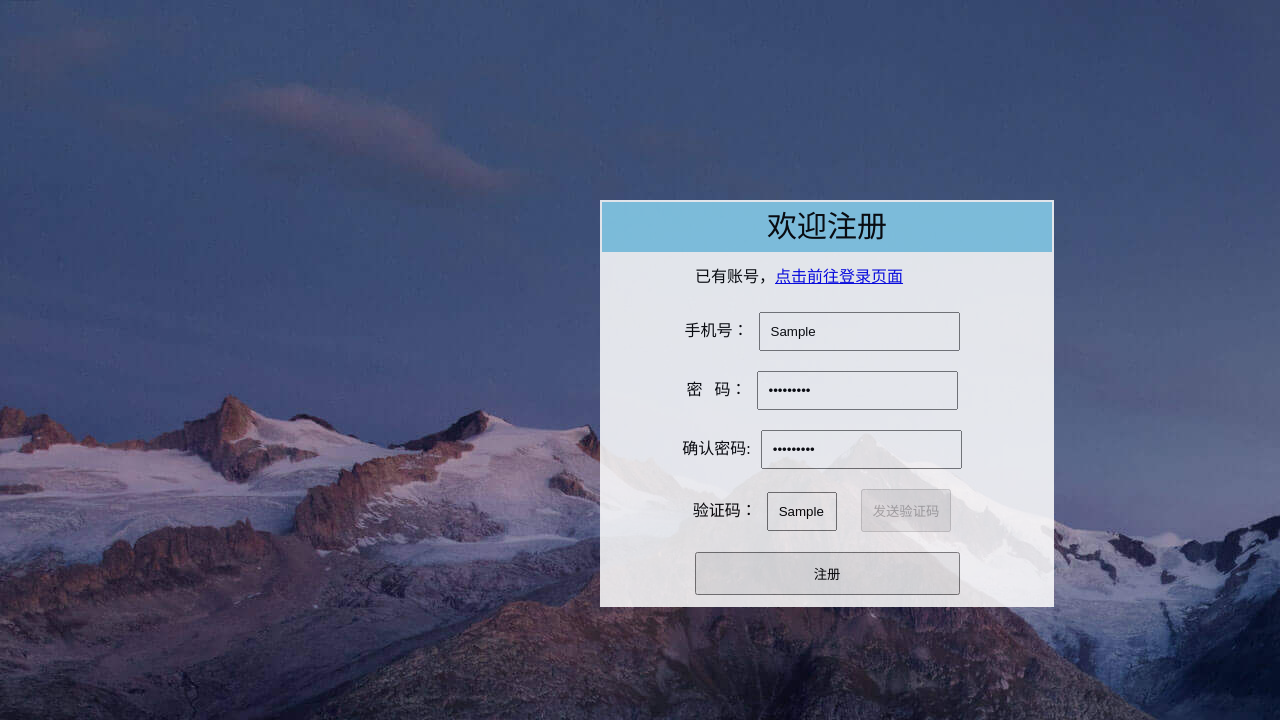
Repository: Gale-student/Gale-student.github.io
Page: http://localhost/weshop/UserRegister.jsp
An editor plug-in stored every save of this project. The page is shown before and after the next save, followed by the edit.
The browser window is 1280 px wide. The pictures show the whole page.
Empty fields were first filled with sample values (such as "Sample", 5 or name@example.com).
After loading, the first visible `#sendinput` was clicked once.
The page is served by Tomcat 9. Other server files are loaded and not shown.

Above is the page before, as saved 2022-10-07 06:05:10.

### WeShop/weshop/WebRoot/UserRegister.jsp
<%@ page language="java" import="java.util.*" pageEncoding="utf-8"%>
<%
String path = request.getContextPath();
String basePath = request.getScheme()+"://"+request.getServerName()+":"+request.getServerPort()+path+"/";
%>

<!DOCTYPE HTML PUBLIC "-//W3C//DTD HTML 4.01 Transitional//EN">
<html>
  <head>
    <base href="<%=basePath%>">

    <title>用户注册</title>

	<meta http-equiv="pragma" content="no-cache">
	<meta http-equiv="cache-control" content="no-cache">
	<meta http-equiv="expires" content="0">
	<meta http-equiv="keywords" content="keyword1,keyword2,keyword3">
	<meta http-equiv="description" content="This is my page">
	<!--
	<link rel="stylesheet" type="text/css" href="styles.css">
	-->
   <style type="text/css">
      body{
         background: url("image/reg_bg.jpg");
      }
      #box{
         background: white;
         position: absolute;
         left:600px;
         top:200px;
         height:403px;
         width: 450px;
         border:2px solid white;
         text-align: center;
         line-height: 50px;
         //border-radius:5%;
         opacity: 0.85;
      }
      input{
         padding : 10px;
         margin: 10px;
      }
      #l1{
         position:absolute;
         font-size: 30px;
         width: 450px;
         background: skyblue;
      }
      #d1{
         position: absolute;
         left:93px;
      }
      #l2{
         color:red;
         position: absolute;
         top: 73px;
         left: 147px;
      }
      #btninput{
         width: 265px;
      }
      #lb1{
         color: red;
         position: absolute;
      }
      #lb2{
         color: red;
         position: absolute;
      }
      #lb3{
         color: red;
         position: absolute;
      }

   </style>
   <script type="text/javascript">
      window.onload = function(){
         var uidIn = document.getElementById("uidinput");
         var upwdIn = document.getElementById("upwdinput");
         var upwd2In = document.getElementById("upwd2input");
         var oLb1 = document.getElementById("lb1");
         var oLb2 = document.getElementById("lb2");
         var oLb3 = document.getElementById("lb3");
         var oLb4 = document.getElementById("lb4");
         var btnIn = document.getElementById("btninput");
         var MyCode = document.getElementById("MyCode");
         uidIn.onblur = function(){
            var uid = uidIn.value;
            var xhr = new XMLHttpRequest() || new ActiveXObject('Microsoft.XMLHTTP');
            xhr.open("post", "UidCheckServlet?uid="+uid, true);
            xhr.onreadystatechange = function(){
               if(xhr.readyState == 4){
                   if(xhr.status == 200){
                       var result = xhr.responseText;//只能返回文本型
                       if(result == "success"){
                          oLb1.innerHTML = "√";
                       }else if(result == "exist"){
                          oLb1.innerHTML = "账号已存在!";
                       }else{
                          oLb1.innerHTML = "×"
                       }
                   }
                }
            }
            xhr.send();
         }
         upwdIn.onblur = function(){
            var upwd = upwdIn.value;
            var xhr = new XMLHttpRequest() || new ActiveXObject('Microsoft.XMLHTTP');
            xhr.open("post", "UpwdCheckServlet?upwd="+upwd, true);
            xhr.onreadystatechange = function(){
               if(xhr.readyState == 4){
                   if(xhr.status == 200){
                       var result = xhr.responseText;//只能返回文本型
                       if(result == "success"){
                          oLb2.innerHTML = "√";
                       }else{
                          oLb2.innerHTML = "×";
                       }
                   }
                }
            }
            xhr.send();
         }
         upwd2In.onblur = function(){
            var upwd = upwdIn.value;
            var upwd2 = upwd2In.value;
            var xhr = new XMLHttpRequest() || new ActiveXObject('Microsoft.XMLHTTP');
            xhr.open("post", "Upwd2CheckServlet?upwd="+upwd+"&upwd2="+upwd2, true);
            xhr.onreadystatechange = function(){
               if(xhr.readyState == 4){
                   if(xhr.status == 200){
                       var result = xhr.responseText;//只能返回文本型
                       if(result == "success"){
                          oLb3.innerHTML = "√";
                       }else{
                          oLb3.innerHTML = "×";
                       }
                   }
                }
            }
            xhr.send();
         }
         //发送验证码


        var InterValObj; //timer变量，控制时间
		var count = 60; //间隔函数，1秒执行
		var curCount;//当前剩余秒数
        var SendIn = document.getElementById("sendinput");
        SendIn.onclick = function(){
	        SendIn.setAttribute("disabled",true);
	        var uid = uidIn.value;

	            /*var xhr = new XMLHttpRequest() || new ActiveXObject('Microsoft.XMLHTTP');
	            xhr.open("post", "SendCodeServlet?uid="+uid, true);
	            xhr.onreadystatechange = function(){
	                if(xhr.readyState == 4){
	                    if(xhr.status == 200){

	                    }
	                }
	            }
	            xhr.send();*/
	         }

         //验证码校验

        MyCode.onblur = function(){
            var mycode = MyCode.value;
            var xhr = new XMLHttpRequest() || new ActiveXObject('Microsoft.XMLHTTP');
	        xhr.open("post", "MyCodeCheckServlet?mycode="+mycode, true);
            xhr.onreadystatechange = function(){
	            if(xhr.readyState == 4){
	                if(xhr.status == 200){
	                    var result = xhr.responseText;
	                        if(result == "success"){
	                            oLb4.innerHTML = "√";
	                        }else{
	                            oLb4.innerHTML = "×";
	                        }
	                    }
	                }
	            }
	            xhr.send();
           }

          btnIn.onclick = function(){
            var uid = uidIn.value;
            var upwd = upwdIn.value;
            var uidres = oLb1.innerHTML;
            var upwdres = oLb2.innerHTML;
            var upwd2res = oLb3.innerHTML;
            var mycodeRes = oLb4.innerHTML;
            if(uidres == "√" && upwdres == "√" && upwd2res == "√" && mycodeRes == "√"){
               var xhr = new XMLHttpRequest() || new ActiveXObject('Microsoft.XMLHTTP');
               xhr.open("post", "UserRegisterServlet?uid="+uid+"&upwd="+upwd, true);
               xhr.onreadystatechange = function(){
               if(xhr.readyState == 4){
                   if(xhr.status == 200){
                       var result = xhr.responseText;
                       if(result == "error"){
                          oLb1.innerHTML = "账号已存在!";
                       }
                       window.open("UserLogin.jsp", '_blank');
                   }
                }
            }
            xhr.send();
            }else{
               alert("注册失败, 请检查账号和密码...");
            }
         }



      }

   </script>
  </head>
  <body>
  <div id = "box">
       <div id="l1">欢迎注册</div><br>
       <div id="d1">已有账号，<a href="UserLogin.jsp">点击前往登录页面</a></div><br>
       <label>手机号：</label><input id="uidinput" type="text" placeholder="请输入账号/手机号" ><label id="lb1"></label><br>
       <label>密 &nbsp;&nbsp;码：</label><input id="upwdinput" type="password" placeholder="请输入密码,6位数仅包含数字"><label id="lb2"></label><br>
       <label>确认密码:</label><input id="upwd2input" type="password" placeholder="请确认密码,密码需一致"><label id="lb3"></label><br>
       <label>验证码：</label><input style="width: 70px;" type="text" placeholder="请输入收到的验证码" id="MyCode" >
       <input id="sendinput" type="button" value="发送验证码"><label style="position: absolute; color: red;" id="lb4"></label><br>
       <input id="btninput" type="button" value="注册" >
    </div>
  </body>
</html>

After the next save:
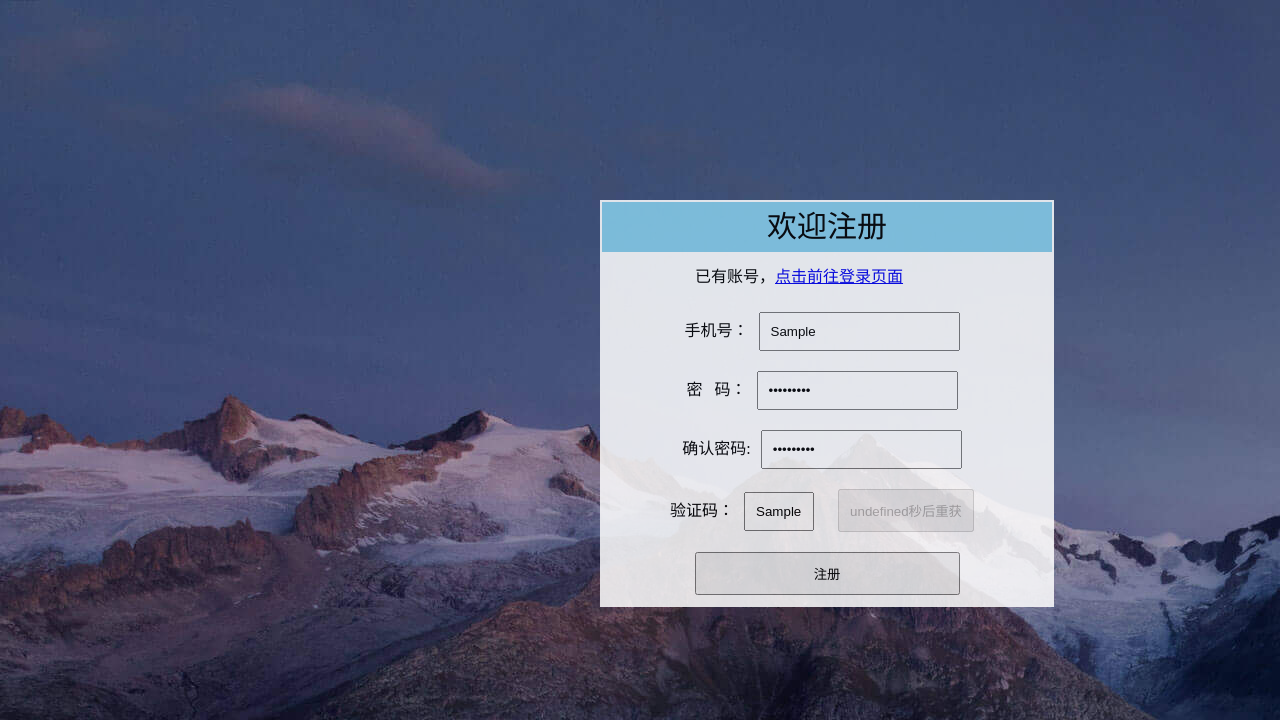
Saved 25 s later.
--- a/WeShop/weshop/WebRoot/UserRegister.jsp
+++ b/WeShop/weshop/WebRoot/UserRegister.jsp
@@ -150,6 +150,7 @@ String basePath = request.getScheme()+"://"+request.getServerName()+":"+request.
         var SendIn = document.getElementById("sendinput");
         SendIn.onclick = function(){
 	        SendIn.setAttribute("disabled",true);
+	        SendIn.value=curCount + "秒后重获";
 	        var uid = uidIn.value;
 
 	            /*var xhr = new XMLHttpRequest() || new ActiveXObject('Microsoft.XMLHTTP');
